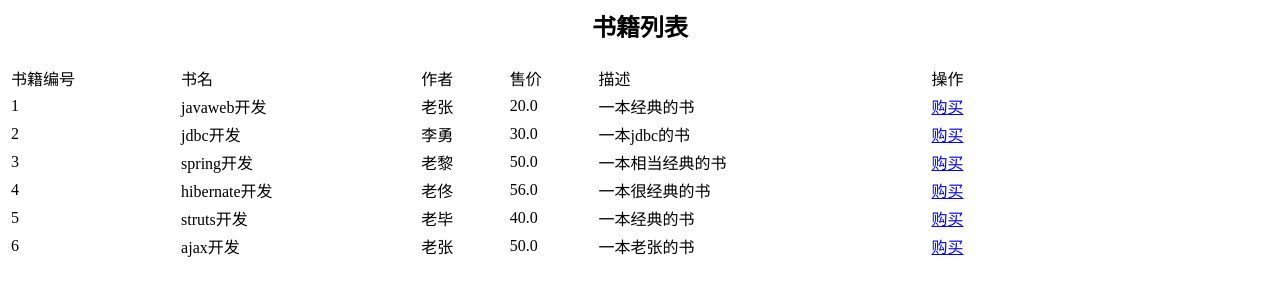
Repository: wsws1996/myproject
Page: http://localhost/day10/servlet/ListBookServlet
These files come from the project's save history. The page is drawn as it stood at one moment and after the next save; the edit follows.
The browser window is 1280 px wide. The pictures show the whole page.
The page is served by Tomcat 9. Other server files are loaded and not shown.

Above is the page before, as saved 2015-11-22 05:28:01.

### java/workspace/day10/WebRoot/WEB-INF/jsp/listbook.jsp
<%@ page language="java" import="java.util.*" pageEncoding="UTF-8"%>
<%@taglib uri="http://java.sun.com/jstl/core_rt" prefix="c"%>

<!DOCTYPE HTML PUBLIC "-//W3C//DTD HTML 4.01 Transitional//EN">
<html>
<head>

<title>书籍列表</title>

</head>

<body style="text-align: center;">
	<h2>书籍列表</h2>
	<table width="80%">
		<tr>
			<td>书籍编号</td>
			<td>书名</td>
			<td>作者</td>
			<td>售价</td>
			<td>描述</td>
			<td>操作</td>
		</tr>
		<c:forEach var="me" items="${map }">
			<tr>
				<td>${me.key }</td>
				<td>${me.value.name }</td>
				<td>${me.value.author }</td>
				<td>${me.value.price }</td>
				<td>${me.value.description }</td>
				<td><a href="#">购买</a></td>
			</tr>
		</c:forEach>
	</table>
</body>
</html>

### java/workspace/day10/src/cn/wang/web/controller/ListBookServlet.java
package cn.wang.web.controller;

import java.io.IOException;
import java.util.Map;

import javax.servlet.ServletException;
import javax.servlet.http.HttpServlet;
import javax.servlet.http.HttpServletRequest;
import javax.servlet.http.HttpServletResponse;

import cn.wang.service.BusinessService;

public class ListBookServlet extends HttpServlet {

	/**
	 * Destruction of the servlet. <br>
	 */
	public void destroy() {
		super.destroy(); // Just puts "destroy" string in log
		// Put your code here
	}

	public void doGet(HttpServletRequest request, HttpServletResponse response)
			throws ServletException, IOException {
		BusinessService service = new BusinessService();
		Map map = service.getAllBook();
		request.setAttribute("map", map);
		request.getRequestDispatcher("/WEB-INF/jsp/listbook.jsp").forward(request, response);
	}

	public void doPost(HttpServletRequest request, HttpServletResponse response)
			throws ServletException, IOException {

		doGet(request, response);
	}

	/**
	 * Initialization of the servlet. <br>
	 *
	 * @throws ServletException
	 *             if an error occurs
	 */
	public void init() throws ServletException {
		// Put your code here
	}

}

### java/workspace/day10/src/cn/wang/service/BusinessService.java
package cn.wang.service;

import java.util.Map;

import cn.wang.dao.BookDao;

public class BusinessService {
	BookDao dao = new BookDao();

	public Map getAllBook() {
		return dao.getAll();
	}

}

### java/workspace/day10/src/cn/wang/dao/BookDao.java
package cn.wang.dao;

import java.util.Map;

import cn.wang.db.MyDb;
import cn.wang.domain.Book;

public class BookDao {
	public Map getAll() {
		return MyDb.getAll();
	}

	public Book find(String id) {
		return (Book) MyDb.getAll().get(id);
	}
}

### java/workspace/day10/src/cn/wang/db/MyDb.java
package cn.wang.db;

import java.util.LinkedHashMap;
import java.util.Map;

import cn.wang.domain.Book;

public class MyDb {
	private static Map<String, Book> map = new LinkedHashMap();
	static {
		map.put("1", new Book("1", "javaweb开发", "老张", 20, "一本经典的书"));
		map.put("2", new Book("2", "jdbc开发", "李勇", 30, "一本jdbc的书"));
		map.put("3", new Book("3", "spring开发", "老黎", 50, "一本相当经典的书"));
		map.put("4", new Book("4", "hibernate开发", "老佟", 56, "一本很经典的书"));
		map.put("5", new Book("5", "struts开发", "老毕", 40, "一本经典的书"));
		map.put("6", new Book("6", "ajax开发", "老张", 50, "一本老张的书"));
	}
	public static Map getAll() {
		return map;

	}
}

### java/workspace/day10/src/cn/wang/domain/Book.java
package cn.wang.domain;

public class Book {

	public Book() {
		super();
		// TODO Auto-generated constructor stub
	}

	public Book(String id, String name, String author, double price,
			String description) {
		super();
		this.id = id;
		this.name = name;
		this.author = author;
		this.price = price;
		this.description = description;
	}

	private String id;
	private String name;
	private String author;
	private double price;
	private String description;

	public String getId() {
		return id;
	}

	public void setId(String id) {
		this.id = id;
	}

	public String getName() {
		return name;
	}

	public void setName(String name) {
		this.name = name;
	}

	public String getAuthor() {
		return author;
	}

	public void setAuthor(String author) {
		this.author = author;
	}

	public double getPrice() {
		return price;
	}

	public void setPrice(double price) {
		this.price = price;
	}

	public String getDescription() {
		return description;
	}

	public void setDescription(String description) {
		this.description = description;
	}
}

After the next save:
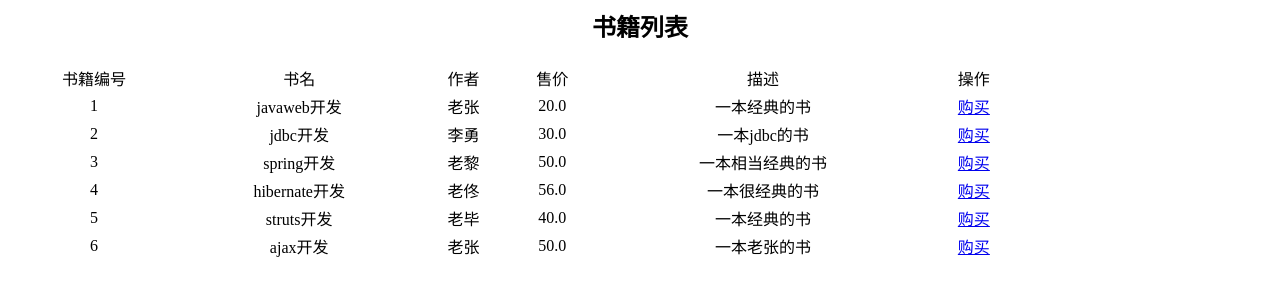
Saved 20 s later.
--- a/java/workspace/day10/WebRoot/WEB-INF/jsp/listbook.jsp
+++ b/java/workspace/day10/WebRoot/WEB-INF/jsp/listbook.jsp
@@ -11,7 +11,7 @@
 
 <body style="text-align: center;">
 	<h2>书籍列表</h2>
-	<table width="80%">
+	<table style="text-align: center;" width="80%">
 		<tr>
 			<td>书籍编号</td>
 			<td>书名</td>
